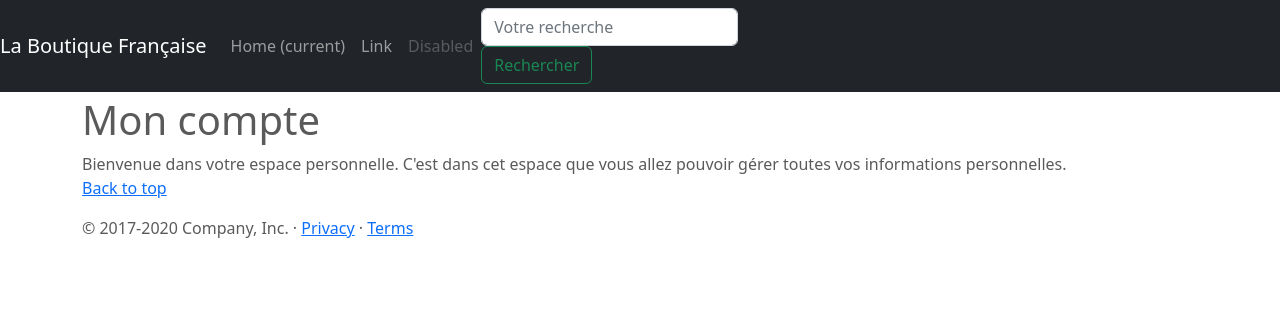
Repository: Coulibaly00180/laboutiquefrancaise
Page: templates/account/index.html.twig
These files come from the project's save history. The page is drawn as it stood at one moment and after the next save; the edit follows.
The browser window is 1280 px wide. The pictures show the whole page.
The page is a Twig template of a Symfony application; nobody is signed in and links lead nowhere. The template is opened directly, without the code that normally fills it, so the values that code supplies are empty.

Above is the page before, as saved 2023-03-02 10:43:39.

### templates/account/index.html.twig
{% extends 'base.html.twig' %}

{% block title %}Mon compte - La Boutique Française{% endblock %}

{% block content %}
    <h1>Mon compte</h1>
    Bienvenue {{ app.user.firstName}} dans votre espace personnelle.
    C'est dans cet espace que vous allez pouvoir gérer toutes vos informations personnelles.
{% endblock %}

### templates/base.html.twig
<!doctype html>
<html lang="fr">
<head>
    <meta charset="utf-8">
    <meta name="viewport" content="width=device-width, initial-scale=1, shrink-to-fit=no">
    <meta name="description" content="">
    <meta name="author" content="Coulibaly Abdoulaye Christian">
    <meta name="generator" content="Jekyll v4.1.1">
    <title>{% block title %}La Boutique Française - 100% Made in French{% endblock %}</title>

    <!-- Bootstrap core CSS -->
    <link href="{{ asset('assets/css/bootstrap.min.css') }}" rel="stylesheet">

    <style>
        .bd-placeholder-img {
            font-size: 1.125rem;
            text-anchor: middle;
            -webkit-user-select: none;
            -moz-user-select: none;
            -ms-user-select: none;
            user-select: none;
        }

        @media (min-width: 768px) {
            .bd-placeholder-img-lg {
                font-size: 3.5rem;
            }
        }
    </style>
    <!-- Custom styles for this template -->
    <link href="{{ asset('assets/css/carousel.css') }}" rel="stylesheet">
</head>
<body>
    <header>
        <nav class="navbar navbar-expand-md navbar-dark fixed-top bg-dark">
            <a class="navbar-brand" href="#">La Boutique Française</a>
            <button class="navbar-toggler" type="button" data-toggle="collapse" data-target="#navbarCollapse" aria-controls="navbarCollapse" aria-expanded="false" aria-label="Toggle navigation">
                <span class="navbar-toggler-icon"></span>
            </button>
            <div class="collapse navbar-collapse" id="navbarCollapse">
                <ul class="navbar-nav mr-auto">
                    <li class="nav-item active">
                        <a class="nav-link" href="#">Home <span class="sr-only">(current)</span></a>
                    </li>
                    <li class="nav-item">
                        <a class="nav-link" href="#">Link</a>
                    </li>
                    <li class="nav-item">
                        <a class="nav-link disabled" href="#" tabindex="-1" aria-disabled="true">Disabled</a>
                    </li>
                </ul>
                <form class="form-inline mt-2 mt-md-0">
                    <input class="form-control mr-sm-2" type="text" placeholder="Votre recherche" aria-label="Search">
                    <button class="btn btn-outline-success my-2 my-sm-0" type="submit">Rechercher</button>
                </form>
            </div>
        </nav>
    </header>

    <main role="main">

        {% if block('carousel') is defined %}

        <div id="myCarousel" class="carousel slide" data-ride="carousel">
            <ol class="carousel-indicators">
                <li data-target="#myCarousel" data-slide-to="0" class="active"></li>
                <li data-target="#myCarousel" data-slide-to="1"></li>
                <li data-target="#myCarousel" data-slide-to="2"></li>
            </ol>
            <div class="carousel-inner">
                <div class="carousel-item active">
                    <svg class="bd-placeholder-img" width="100%" height="100%" xmlns="http://www.w3.org/2000/svg" preserveAspectRatio="xMidYMid slice" focusable="false" role="img"><rect width="100%" height="100%" fill="#777"/></svg>
                    <div class="container">
                        <div class="carousel-caption text-left">
                            <h1>Example headline.</h1>
                            <p>Cras justo odio, dapibus ac facilisis in, egestas eget quam. Donec id elit non mi porta gravida at eget metus. Nullam id dolor id nibh ultricies vehicula ut id elit.</p>
                            <p><a class="btn btn-lg btn-primary" href="#" role="button">Sign up today</a></p>
                        </div>
                    </div>
                </div>
                <div class="carousel-item">
                    <svg class="bd-placeholder-img" width="100%" height="100%" xmlns="http://www.w3.org/2000/svg" preserveAspectRatio="xMidYMid slice" focusable="false" role="img"><rect width="100%" height="100%" fill="#777"/></svg>
                    <div class="container">
                        <div class="carousel-caption">
                            <h1>Another example headline.</h1>
                            <p>Cras justo odio, dapibus ac facilisis in, egestas eget quam. Donec id elit non mi porta gravida at eget metus. Nullam id dolor id nibh ultricies vehicula ut id elit.</p>
                            <p><a class="btn btn-lg btn-primary" href="#" role="button">Learn more</a></p>
                        </div>
                    </div>
                </div>
                <div class="carousel-item">
                    <svg class="bd-placeholder-img" width="100%" height="100%" xmlns="http://www.w3.org/2000/svg" preserveAspectRatio="xMidYMid slice" focusable="false" role="img"><rect width="100%" height="100%" fill="#777"/></svg>
                    <div class="container">
                        <div class="carousel-caption text-right">
                            <h1>One more for good measure.</h1>
                            <p>Cras justo odio, dapibus ac facilisis in, egestas eget quam. Donec id elit non mi porta gravida at eget metus. Nullam id dolor id nibh ultricies vehicula ut id elit.</p>
                            <p><a class="btn btn-lg btn-primary" href="#" role="button">Browse gallery</a></p>
                        </div>
                    </div>
                </div>
            </div>
            <a class="carousel-control-prev" href="#myCarousel" role="button" data-slide="prev">
                <span class="carousel-control-prev-icon" aria-hidden="true"></span>
                <span class="sr-only">Previous</span>
            </a>
            <a class="carousel-control-next" href="#myCarousel" role="button" data-slide="next">
                <span class="carousel-control-next-icon" aria-hidden="true"></span>
                <span class="sr-only">Next</span>
            </a>
        </div>

        {% endif %}


        <!-- Marketing messaging and featurettes
        ================================================== -->
        <!-- Wrap the rest of the page in another container to center all the content. -->

        <div class="container marketing {% if block('carousel') is not defined %} mt-5 {% endif %}">

            {% block content %}

            {% endblock %}

        </div><!-- /.container -->

        <!-- FOOTER -->
        <footer class="container">
            <p class="float-right"><a href="#">Back to top</a></p>
            <p>&copy; 2017-2020 Company, Inc. &middot; <a href="#">Privacy</a> &middot; <a href="#">Terms</a></p>
        </footer>
    </main>
    <script src="https://code.jquery.com/jquery-3.5.1.slim.min.js"></script>
    <script src="{{ asset('assets/js/bootstrap.bundle.js') }}"></script>
</body>
</html>

### public/assets/css/carousel.css
/* GLOBAL STYLES
-------------------------------------------------- */
/* Padding below the footer and lighter body text */

body {
    padding-top: 3rem;
    padding-bottom: 3rem;
    color: #5a5a5a;
}


/* CUSTOMIZE THE CAROUSEL
-------------------------------------------------- */

/* Carousel base class */
.carousel {
    margin-bottom: 4rem;
}
/* Since positioning the image, we need to help out the caption */
.carousel-caption {
    bottom: 3rem;
    z-index: 10;
}

/* Declare heights because of positioning of img element */
.carousel-item {
    height: 32rem;
}
.carousel-item > img {
    position: absolute;
    top: 0;
    left: 0;
    min-width: 100%;
    height: 32rem;
}


/* MARKETING CONTENT
-------------------------------------------------- */

/* Center align the text within the three columns below the carousel */
.marketing .col-lg-4 {
    margin-bottom: 1.5rem;
    text-align: center;
}
.marketing h2 {
    font-weight: 400;
}
.marketing .col-lg-4 p {
    margin-right: .75rem;
    margin-left: .75rem;
}


/* Featurettes
------------------------- */

.featurette-divider {
    margin: 5rem 0; /* Space out the Bootstrap <hr> more */
}

/* Thin out the marketing headings */
.featurette-heading {
    font-weight: 300;
    line-height: 1;
    letter-spacing: -.05rem;
}


/* RESPONSIVE CSS
-------------------------------------------------- */

@media (min-width: 40em) {
    /* Bump up size of carousel content */
    .carousel-caption p {
        margin-bottom: 1.25rem;
        font-size: 1.25rem;
        line-height: 1.4;
    }

    .featurette-heading {
        font-size: 50px;
    }
}

@media (min-width: 62em) {
    .featurette-heading {
        margin-top: 7rem;
    }
}

Loaded but not shown: public/assets/css/bootstrap.min.css (library); public/assets/js/bootstrap.bundle.js (library)

After the next save:
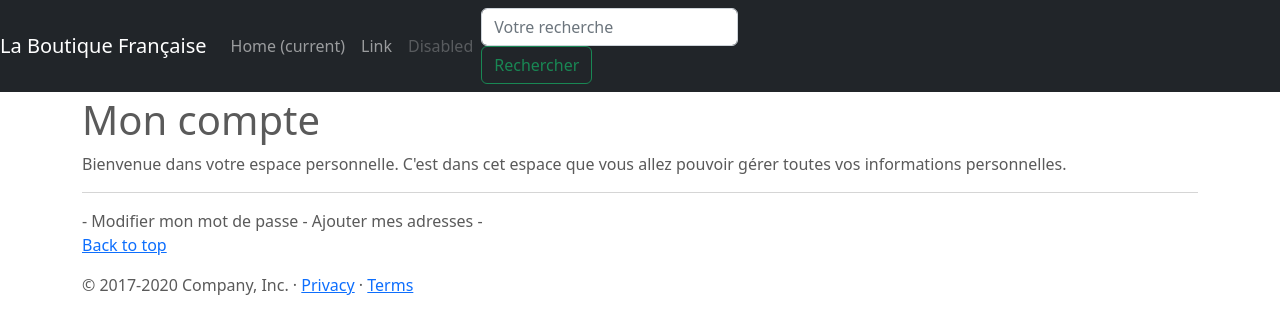
Saved 88 s later.
--- a/templates/account/index.html.twig
+++ b/templates/account/index.html.twig
@@ -6,4 +6,8 @@
     <h1>Mon compte</h1>
     Bienvenue {{ app.user.firstName}} dans votre espace personnelle.
     C'est dans cet espace que vous allez pouvoir gérer toutes vos informations personnelles.
+    <hr>
+    -   Modifier mon mot de passe
+    -   Ajouter mes adresses
+    -
 {% endblock %}
